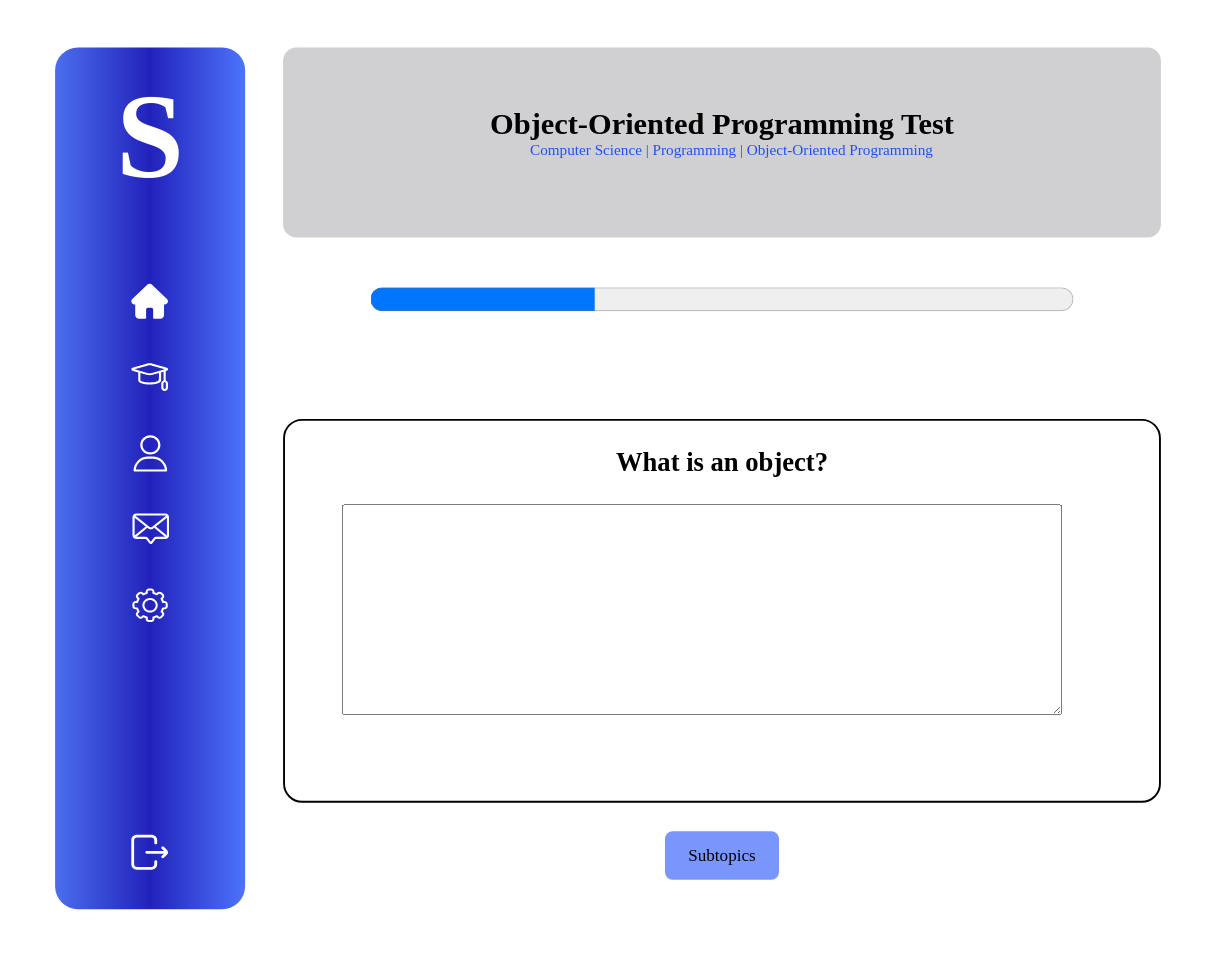
Repository: rafalzacher1/smartify-interface
Page: test.html
The author's editor kept a copy of each file at every save. The page is drawn from the files as they stood at one save, then again after the next save.
The browser window is 1280 px wide. The pictures show the whole page, at 95% of full size.
Some web fonts or font styles are not loaded; a fallback is used.

Above is the page before, as saved 2022-06-30 19:34:22.

After the next save:
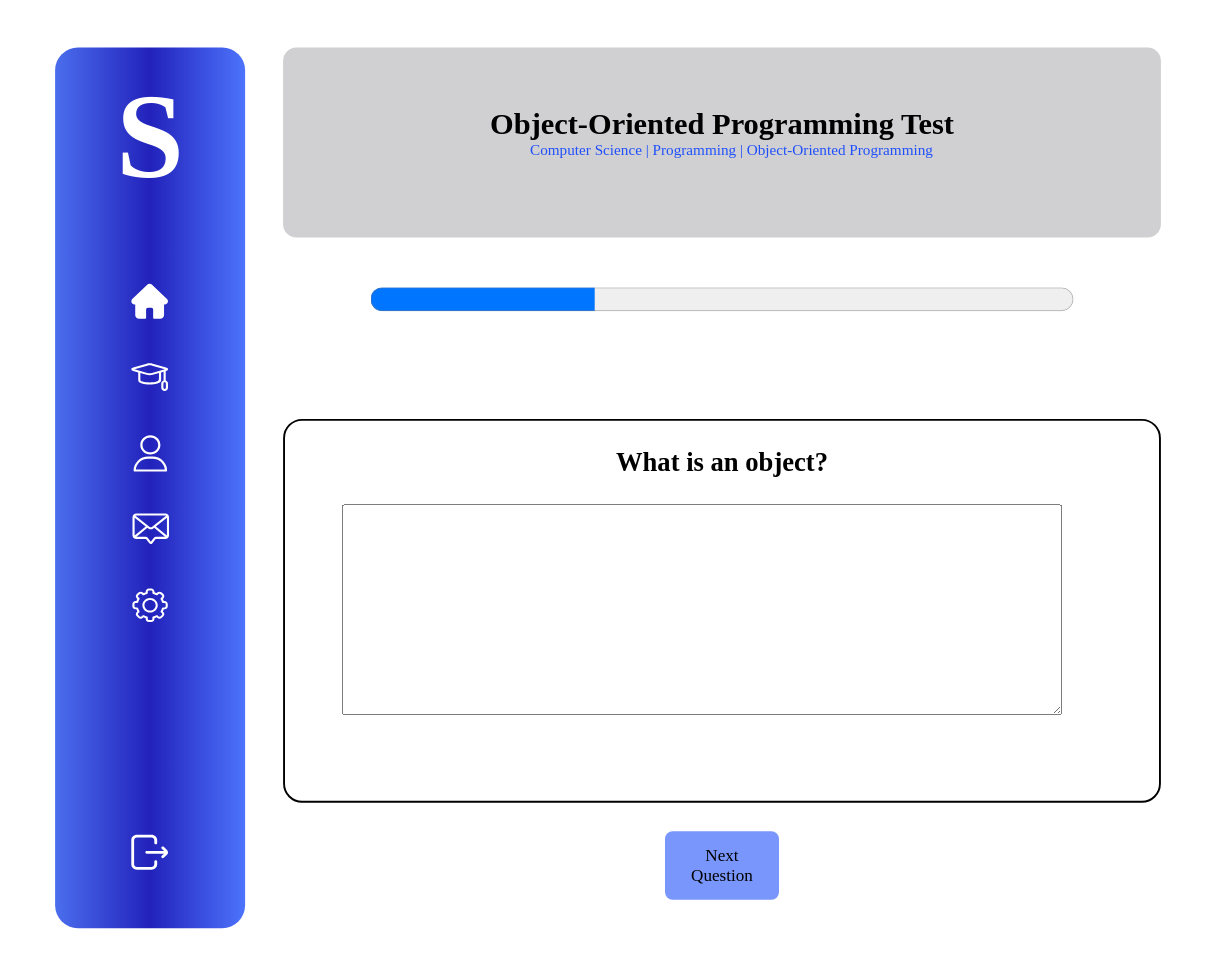
Saved 26 s later.
--- a/test.html
+++ b/test.html
@@ -85,7 +85,7 @@
 
             <div id="progress-container">
                 <button id="question-button" class="question-option"
-                    onclick="document.location='./topic.html'">Subtopics</button>
+                    onclick="document.location='./topic.html'">Next Question</button>
             </div>
         </div>
     </div>
